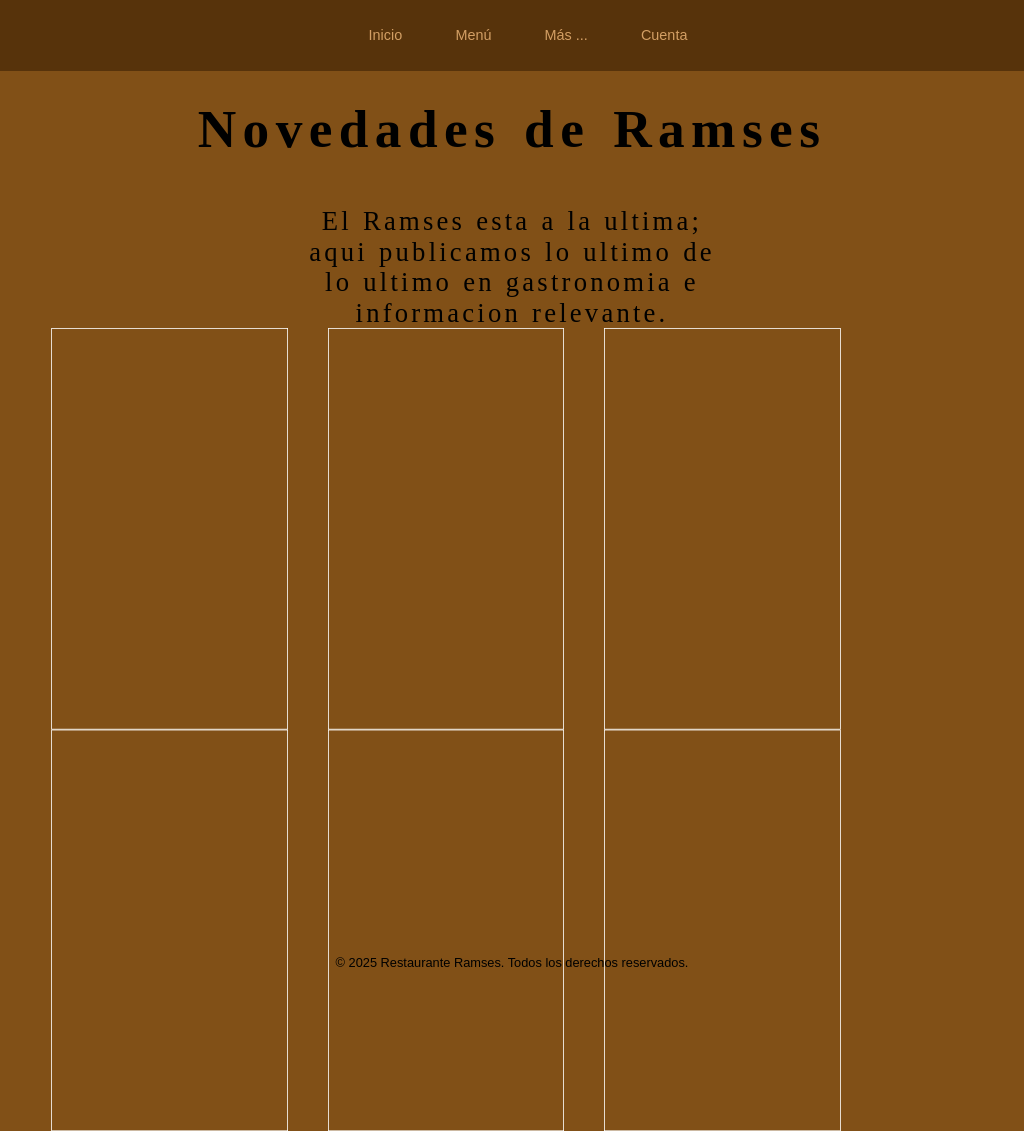
Repository: demoniers/demonIers.github.io
Page: web-lenguajes/src/noticias.html
These files come from the project's save history. The page is drawn as it stood at one moment and after the next save; the edit follows.
The browser window is 1280 px wide. The pictures show the whole page, at 80% of full size.
Some web fonts or font styles are not loaded; a fallback is used.

Above is the page before, as saved 2025-01-22 12:20:35.

### web-lenguajes/src/noticias.html
<!DOCTYPE html>
<html lang="es">
<head>
    <meta charset="UTF-8">
    <meta name="viewport" content="width=device-width, initial-scale=1.0">
    <link rel="stylesheet" href="../style/noticias.css">
    <title>Restaurante Ejemplo</title>
    <style>
    </style>
</head>
<body>
    <div class="header">
        <nav>
            <ul>
                <li><a href="../index.html">Inicio</a></li>
                <li><a>Menú</a></li>
                <li><a>Más ...</a>
                    <ul class="subitemul">
                        <li class="subitem"><a href="#">Novedades</a></li>
                    </ul>
                </li>
                <li>
                    <a href>Cuenta</a>
                    <ul class="subitemul">
                        <li class="subitem"><a href="./login.html">Iniciar sesion</a></li>
                        <li class="subitem"><a href="./singin.html">Registrarse</a></li>
                    </ul>
                </li>
            </ul>
        </nav>
    </div>
    <div class="container">
        <h1 class="titulo-centrado">Novedades de Ramses</h1>
        <p class="subtitulo">El Ramses esta a la ultima; aqui publicamos lo ultimo de lo ultimo en gastronomia e informacion relevante.</p>
        <div class="cont-noticias">
            <div class="noticia1"></div>
            <div class="noticia2"></div>
            <div class="noticia3"></div>
            <div class="noticia1"></div>
            <div class="noticia2"></div>
            <div class="noticia3"></div>
        </div>
    </div>
    <div class="footer">
        <p>&copy; 2025 Restaurante Ramses. Todos los derechos reservados.</p>
    </div>
</body>
</html>

### web-lenguajes/style/noticias.css
body {
    margin: 0;
    font-family: Arial, sans-serif;
    display: flex;
    flex-direction: column;
    align-items: center;
    background-color: #815017;
}

@font-face {
    font-family: "Overcooked";
    src: url("https://db.onlinewebfonts.com/t/4d9ee5a678d899047a987f0408b4b052.eot");
    src: url("https://db.onlinewebfonts.com/t/4d9ee5a678d899047a987f0408b4b052.eot?#iefix")format("embedded-opentype"),
    url("https://db.onlinewebfonts.com/t/4d9ee5a678d899047a987f0408b4b052.woff2")format("woff2"),
    url("https://db.onlinewebfonts.com/t/4d9ee5a678d899047a987f0408b4b052.woff")format("woff"),
    url("https://db.onlinewebfonts.com/t/4d9ee5a678d899047a987f0408b4b052.ttf")format("truetype"),
    url("https://db.onlinewebfonts.com/t/4d9ee5a678d899047a987f0408b4b052.svg#Overcooked")format("svg");
}
.titulo-centrado {
    font-family: "Overcooked";
    text-align: center;
    word-spacing: 4px;
    letter-spacing: 8px;
    font-size: 50pt;
}
.subtitulo {
    font-family: "Overcooked";
    text-align: center;
    word-spacing: 1.5px;
    letter-spacing: 4px;
    font-size: 25pt;
    width: 45%;
}

/* menu superior */
.header {
    position: fixed;
    top: 0;
    width: 100%;
    background-color: #57330b;
    color: #d39f64;
    text-align: center;
    padding: 10px 0;
    z-index: 1000;
}

.header nav a {
    margin: 0 15px;
    text-decoration: none;
    font-size: 18px;
}

.header nav ul li {
    display: inline-block;
    position: relative;
}

nav ul li a {
    display: block;
    padding: 8px 16px;
    text-decoration: none;
    color: #d39f64;
}

nav ul li ul {
    display: none;
    position: absolute;
    top: 100%;
    left: 0;
    box-shadow: 0px 4px 8px rgba(0, 0, 0, 0.3);
}

nav ul li:hover ul {
    display: block;
}
.subitemul {
    text-align: center;
    background-color:#6b43159c;
}
.subitemul:hover {
    background-color: #d39f646c;
    color: #6b4315;
}

/*###############################################################################*/

.container {
    margin: 5%;
    padding: 2%;
    width: 90%;
    height: 1000px;
}
.titulo-centrado {
    padding: 3%;
    margin: auto;
}
.subtitulo {
    margin: auto;
    padding-top: 2%;
}
.cont-noticias {
    display: grid;
    grid-template-columns: 1fr 1fr 1fr;
    width: 90%;
}
.noticia1 {
    width: 85%;
    grid-column: 1;
    height: 500px;
    border: solid white 1px;
    gap: 10px;
}
.noticia2 {
    width: 85%;
    grid-column: 2;
    height: 500px;
    border: solid white 1px;
    gap: 10px;
}
.noticia3 {
    width: 85%;
    grid-column: 3;
    height: 500px;
    border: solid white 1px;
    gap: 10px;
}

After the next save:
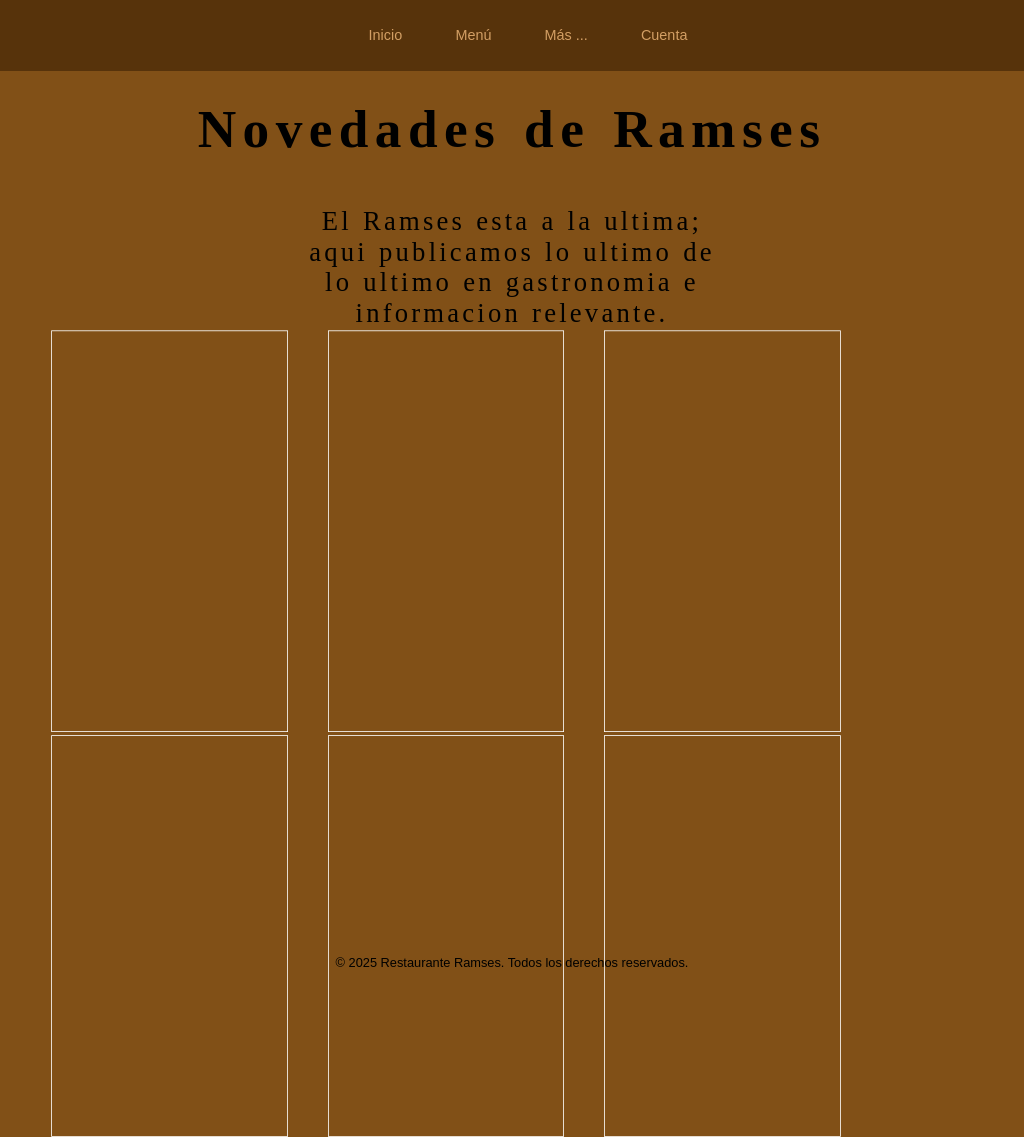
Saved 59 s later.
--- a/web-lenguajes/style/noticias.css
+++ b/web-lenguajes/style/noticias.css
@@ -108,19 +108,19 @@ nav ul li:hover ul {
     grid-column: 1;
     height: 500px;
     border: solid white 1px;
-    gap: 10px;
+    margin-top: 1%;
 }
 .noticia2 {
     width: 85%;
     grid-column: 2;
     height: 500px;
     border: solid white 1px;
-    gap: 10px;
+    margin-top: 1%;
 }
 .noticia3 {
     width: 85%;
     grid-column: 3;
     height: 500px;
     border: solid white 1px;
-    gap: 10px;
+    margin-top: 1%;
 }
